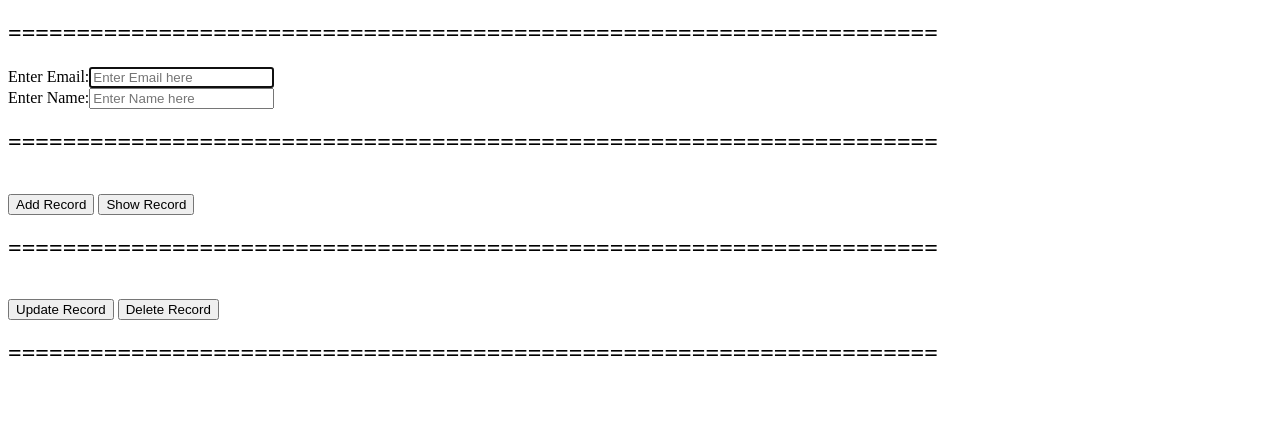
Repository: satvikagrasani/Spring-WorkSpace
Page: http://localhost/Project1/
These files come from the project's save history. The page is drawn as it stood at one moment and after the next save; the edit follows.
The browser window is 1280 px wide. The pictures show the whole page.
The page is served by Tomcat 9.

Above is the page before, as saved 2023-08-23 08:59:02.

After the next save:
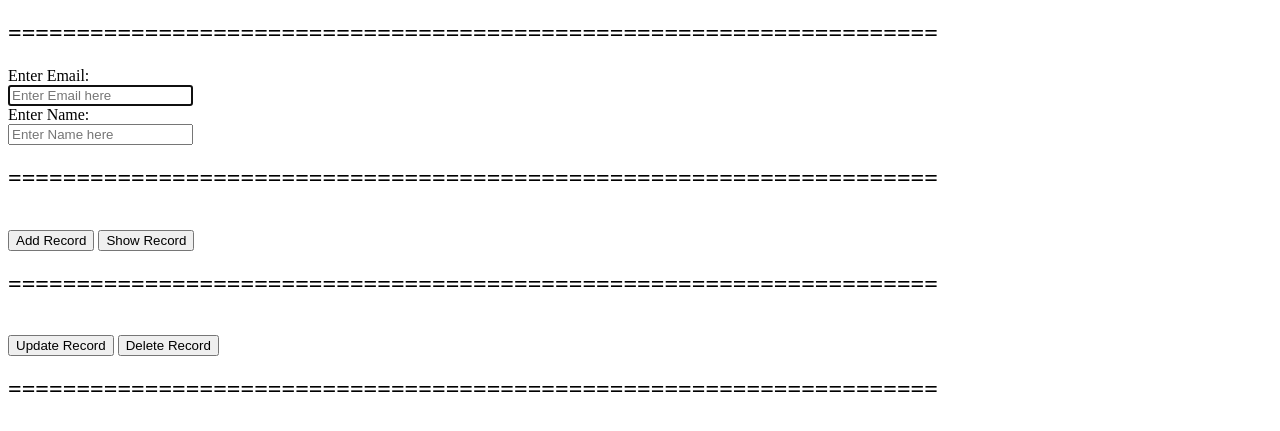
Saved 38 s later.
--- a/SpringMVC/Project/Project1/src/main/webapp/index.jsp
+++ b/SpringMVC/Project/Project1/src/main/webapp/index.jsp
@@ -10,8 +10,8 @@
 
 	<form>
 	<h2>====================================================================</h2>
-	Enter Email:<input type="email" name="email" placeholder="Enter Email here" autofocus/><br>
-	Enter Name:<input type="text" name="name" placeholder="Enter Name here"/>
+	Enter Email:<br><input type="email" name="email" placeholder="Enter Email here" autofocus/><br>
+	Enter Name:<br><input type="text" name="name" placeholder="Enter Name here"/>
 	<h2>====================================================================</h2><br>
 	<input type="submit" value="Add Record" formaction="add"/>
 	<input type="submit" value="Show Record" formaction="show"/><br>
